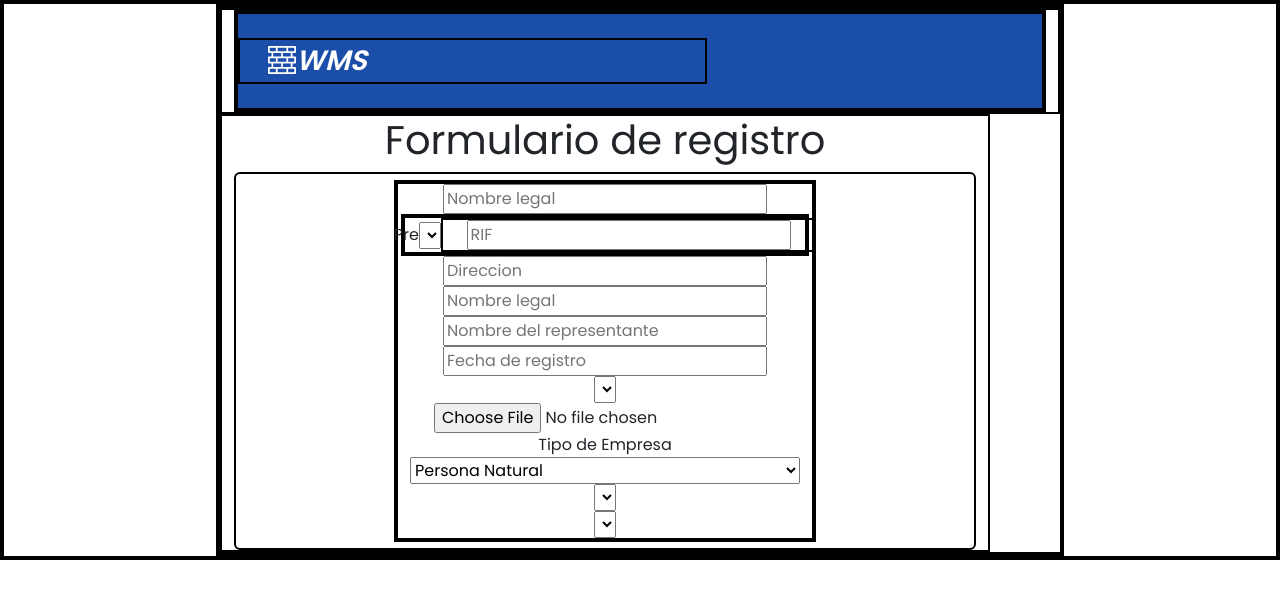
Repository: Rafa-x64/Gestion_inventario_practica
Page: http://localhost/Gestion_inventario/index.php?page=registro-empresa
These files come from the project's save history. The page is drawn as it stood at one moment and after the next save; the edit follows.
The browser window is 1280 px wide. The pictures show the whole page.
The page is run by PHP 8.4 with error messages shown; the project is at /var/www/html/.

Above is the page before, as saved 2025-07-23 17:01:29.

### index.php
<?php
require_once "config/app.php";
require_once "controller/vistaC.php";

$controlador = new vistaC();
$controlador->cargarVista();

### config/app.php
<?php

const SERVERURL = "http://localhost/Gestion_inventario/";

const NOMBRE_APLICACION = "WMS";

const MONEDA = ["bolivar" => "Bs.", "dolar" => "$", "euro" => "€", "pesos" => "$", "real" => "R$"];

date_default_timezone_set("America/Caracas");

### controller/vistaC.php
<?php
require_once("./model/vistaM.php"); //debe incluir el codigo del modelo

class vistaC extends vistaM //extiende del modelo para usar sus metodos
{

    public function cargarVista() //funcion que carga la vista segun la url que se obtiene como parametro
    {
        if (isset($_GET["page"])) { //page es el parametro especificado en .htaccess
            $vista = self::obtenerVista($_GET["page"]); //se asigna esa url a vista si esta establecido
        } else {
            $vista = "inicio-view.php"; //se muestra el inicio si no esta establecido el parametro en la url
        }

        require("view/plantilla.php"); //se requiere la plantilla para poder mostrar esa vista
    }
}

### model/vistaM.php
<?php

class vistaM
{
    //metodo que obtiene la vista que se le asigna en $pagina
    protected static function obtenerVista($pagina) //recive una variable pagina
    {
        $paginas_existentes = ["404", "inicio-sesion", "inicio", "registro-empresa"]; //lista de paginas del proyecto
        if (!in_array($pagina, $paginas_existentes)) { //si no esta en el array entonces...
            return "404-view.php"; //pagina de 404
            exit();
        }

        return $pagina . "-view.php"; //retorna $pagina-view para ser abierta por el controlador si esa pagina existe en la lista
    }
}

### view/plantilla.php
    <?php

    //aqui se ejecuta la vista y se muestran los includes si la pagina cumple cierta condicion

    if ($vista != "inicio-view.php" && $vista != "404-view.php" && $vista != "inicio-sesion-view.php" && $vista != "registro-empresa-view.php") {
        include("view/includes/links.php");
        require("view/includes/header.html");
        include("php/" . $vista);
        require("view/includes/footer.html");
        include("view/includes/scripts.php");
    }

    include("view/includes/links.php");
    require("php/" . $vista);
    include("view/includes/scripts.php");

    ?>

### view/includes/links.php
<!DOCTYPE html>
<html lang="en">

<head>
    <meta charset="UTF-8">
    <meta name="viewport" content="width=device-width, initial-scale=1.0">
    <title><?php echo NOMBRE_APLICACION; ?></title>
    <link href="https://cdn.jsdelivr.net/npm/bootstrap@5.3.7/dist/css/bootstrap.min.css" rel="stylesheet"
        integrity="sha384-LN+7fdVzj6u52u30Kp6M/trliBMCMKTyK833zpbD+pXdCLuTusPj697FH4R/5mcr" crossorigin="anonymous">
    <link rel="stylesheet" href="https://cdn.jsdelivr.net/npm/bootstrap-icons@1.10.5/font/bootstrap-icons.css">
    <link rel="stylesheet" href="<?php echo SERVERURL ?>view/css/bordes.css">
    <link rel="stylesheet" href="<?php echo SERVERURL ?>view/css/inicio-view.css">
    <link rel="shortcut icon" href="<?php echo SERVERURL ?>view/images/bootstrap-fill.ico" type="image/x-icon">
    <link rel="stylesheet" href="<?php echo SERVERURL ?>view/css/registro-empresa-view.css">
</head>

<body>

### view/php/registro-empresa-view.php
<style>
    [class*="col"],
    [class*="row"],
    [class*="section"] {
        border: 2px solid black;
    }

    [class*="container"] {
        border: 2px solid black;
    }
</style>
<div class="container-fluid">
    <div class="row d-flex flex-column align-items-center justify-content-center">
        <div class="col-8 align-items-center justify-content-center">
            <div class="row">
                <div class="col">
                    <header id="barra-navegacion">
                        <div class="container-fluid pt">
                            <div class="row flex-row py-4">
                                <div class="col-7 d-flex flex-row justify-content-start">
                                    <i class="bi bi-bricks fs-3 ps-3 text-white">WMS</i>
                                </div>
                            </div>
                        </div>
                    </header>
                </div>
                <div class="col-11 d-flex flex-column align-items-center justify-content-center">
                    <h1>Formulario de registro</h1>
                    <form action="" method="post" class="form-control d-flex flex-column align-items-center justify-content-center">
                        <div class="row d-flex flex-row align-items-center justify-content-center">
                            <div class="col-12 d-flex flex-column align-items-center justify-content-center">
                                <input type="text" name="" id="nombre_legal" placeholder="Nombre legal">
                                <div class="row">
                                    <div class="col-12 d-flex flex-row align-items-center justify-content-center">
                                        <label for="prefijo">Pre</label>
                                        <select name="prefijo" id="prefijo">
                                            <option value="J"></option>
                                            <option value="G"></option>
                                            <option value="P"></option>
                                            <option value="C"></option>
                                        </select>
                                        <div class="col-12 d-flex flex-row align-items-center justify-content-center">
                                            <input type="text" name="" id="rif" placeholder="RIF">
                                        </div>
                                    </div>
                                </div>
                                <input type="text" name="" id="direccion" placeholder="Direccion">
                                <input type="text" name="" id="nombre_legal" placeholder="Nombre legal">
                                <input:mail id="correo" placeholder="Correo electronico"></input:mail>
                                <input type="text" name="" id="nombre_representante" placeholder="Nombre del representante"><input type="text" name="" id="fecha_registro" placeholder="Fecha de registro">
                                <select name="" id="">
                                    <option value=""></option>
                                    <option value=""></option>
                                </select><input type="file" name="" id="logo"><label for="">Tipo de Empresa</label>
                                <select name="tipo_empresa" id="">
                                    <option value="persona_natural">Persona Natural</option>
                                    <option value="sociedad_anonima">Sociedad Anónima (S.A.)</option>
                                    <option value="sociedad_de_responsabilidad_limitada">Sociedad de Responsabilidad Limitada (S.R.L.)</option>
                                    <option value="sociedad_comanditaria">Sociedad Comanditaria</option>
                                    <option value="sociedad_civil">Sociedad Civil</option>
                                    <option value="cooperativa">Cooperativa</option>
                                    <option value="fundacion">Fundación</option>
                                    <option value="comunidad_de_bienes">Comunidad de Bienes</option>
                                    <option value="empresa_del_estado">Empresa del Estado</option>
                                    <option value="comercial">Comercial</option>
                                    <option value="industrial">Industrial</option>
                                    <option value="servicios">Servicios</option>
                                    <option value="agropecuario">Agropecuario</option>
                                    <option value="tecnologico">Tecnológico</option>
                                    <option value="salud">Salud</option>
                                    <option value="educacion">Educación</option>
                                    <option value="transporte">Transporte</option>
                                    <option value="construccion">Construcción</option>
                                    <option value="turismo">Turismo</option>
                                    <option value="financiero">Financiero</option>
                                    <option value="energia">Energía</option>
                                    <option value="local">Local</option>
                                    <option value="regional">Regional</option>
                                    <option value="nacional">Nacional</option>
                                    <option value="multinacional">Multinacional</option>
                                    <option value="transnacional">Transnacional</option>
                                    <option value="microempresa">Microempresa</option>
                                    <option value="pequena">Pequeña</option>
                                    <option value="mediana">Mediana</option>
                                    <option value="grande">Grande</option>
                                    <option value="privada">Privada</option>
                                    <option value="publica">Pública</option>
                                    <option value="mixta">Mixta</option>
                                    <option value="primario">Primario</option>
                                    <option value="secundario">Secundario</option>
                                    <option value="terciario">Terciario</option>
                                    <option value="cuaternario">Cuaternario</option>
                                    <option value="quinario">Quinario</option>
                                </select>
                                <select name="" id="">Moneda
                                    <option value=""></option>
                                    <option value=""></option>
                                    <option value=""></option>
                                </select><select name="" id="">Zona horaria
                                    <option value=""></option>
                                </select>
                            </div>
                        </div>
                    </form>
                </div>
            </div>
        </div>
    </div>
</div>

<?php
include("./controller/registroEmpresaC.php");
$registro = registroEmpresaC::getFormulario($_POST);
?>

### controller/registroEmpresaC.php
<?php

include_once("./model/mainModel.php");
include_once("./model/empresaM.php");

class registroEmpresaC extends mainModel
{

    public static function getFormulario($formulario) {}

    public static function validar_rif()
    {
        /*Se usa el algoritmo Módulo 11, que toma los primeros 9 caracteres y les aplica una
        fórmula ponderada. El resultado final es el dígito verificador que valida el número
        completo.*/
    }
}

### model/mainModel.php
<?php

include_once("./config/server.php");

class mainModel
{

    protected static function conectar_base_datos()
    {
        try {
            $con = new PDO(SGBD, USUARIO, CONSTRASEÑA);
            $con->exec("SET CARACTER SET utf8");
            return $con;
        } catch (PDOException $e) {
            echo $e->getMessage();
        }
    }

    protected static function consulta_simple($sentenciaSQL)
    {
        $operacion = self::conectar_base_datos()->prepare($sentenciaSQL);
        $operacion->execute();
        return $operacion;
    }
}

### config/server.php
<?php

const SGBD = "mysql:host=localhost;dbname=WMS";

const USUARIO = "root";

const CONSTRASEÑA = "";

const METHOD = "AES-256-CBC";

### model/empresaM.php
<?php

include_once("./model/mainModel.php");

class empresaM extends mainModel
{
    private $id_empresa = ""; //crear una funcion que genere el id de la empresa
    private $nombre_legal = "";
    private $prefijo = "";//letra inicial del rif
    private $rif = ""; //validar que sea un rif valido segun el pais
    private $direccion = "";
    private $contacto = "";
    private $correo = "";
    private $nombre_representante = "";
    private $fecha_registro = ""; //date
    private $estado_condicion = ""; //booleano
    private $logo = ""; //imagen;
    private $tipo_empresa = "";
    private $moneda = ""; //seleccionar las monedas existentes en ./config/server.php
    private $zona_horaria = "";

    public function __construct(
        $nombre_legal,
        $rif,
        $direccion,
        $contacto,
        $correo,
        $nombre_representante,
        $fecha_registro,
        $estado_condicion,
        $logo,
        $tipo_empresa,
        $moneda,
        $zona_horaria
    ) {
        $this->id_empresa = $this->generarIdEmpresa();
        $this->nombre_legal = $nombre_legal;
        $this->rif = $rif;
        $this->direccion = $direccion;
        $this->contacto = $contacto;
        $this->correo = $correo;
        $this->nombre_representante = $nombre_representante;
        $this->fecha_registro = $fecha_registro;
        $this->estado_condicion = $estado_condicion;
        $this->logo = $logo;
        $this->tipo_empresa = $tipo_empresa;
        $this->moneda = $moneda;
        $this->zona_horaria = $zona_horaria;
    }

    private function generarIdEmpresa()
    {
        return uniqid("EMP_");
    }

    public function getIdEmpresa()
    {
        return $this->id_empresa;
    }

    public function getNombreLegal()
    {
        return $this->nombre_legal;
    }

    public function setNombreLegal($nombre_legal)
    {
        $this->nombre_legal = $nombre_legal;
    }

    public function getRif()
    {
        return $this->rif;
    }

    public function setRif($rif)
    {
        $this->rif = $rif;
    }

    public function getDireccion()
    {
        return $this->direccion;
    }

    public function setDireccion($direccion)
    {
        $this->direccion = $direccion;
    }

    public function getContacto()
    {
        return $this->contacto;
    }

    public function setContacto($contacto)
    {
        $this->contacto = $contacto;
    }

    public function getCorreo()
    {
        return $this->correo;
    }

    public function setCorreo($correo)
    {
        $this->correo = $correo;
    }

    public function getNombreRepresentante()
    {
        return $this->nombre_representante;
    }

    public function setNombreRepresentante($nombre_representante)
    {
        $this->nombre_representante = $nombre_representante;
    }

    public function getFechaRegistro()
    {
        return $this->fecha_registro;
    }

    public function setFechaRegistro($fecha_registro)
    {
        $this->fecha_registro = $fecha_registro;
    }

    public function getEstadoCondicion()
    {
        return $this->estado_condicion;
    }

    public function setEstadoCondicion($estado_condicion)
    {
        $this->estado_condicion = $estado_condicion;
    }

    public function getLogo()
    {
        return $this->logo;
    }

    public function setLogo($logo)
    {
        $this->logo = $logo;
    }

    public function getTipoEmpresa()
    {
        return $this->tipo_empresa;
    }

    public function setTipoEmpresa($tipo_empresa)
    {
        $this->tipo_empresa = $tipo_empresa;
    }

    public function getMoneda()
    {
        return $this->moneda;
    }

    public function setMoneda($moneda)
    {
        $this->moneda = $moneda;
    }

    public function getZonaHoraria()
    {
        return $this->zona_horaria;
    }

    public function setZonaHoraria($zona_horaria)
    {
        $this->zona_horaria = $zona_horaria;
    }

    public function __toString()
    {
        return "Empresa: {$this->nombre_legal}, RIF: {$this->rif}, Dirección: {$this->direccion}, Contacto: {$this->contacto}, Correo: {$this->correo}, Representante: {$this->nombre_representante}, Fecha de registro: {$this->fecha_registro}, Estado: {$this->estado_condicion}, Tipo: {$this->tipo_empresa}, Moneda: {$this->moneda}, Zona horaria: {$this->zona_horaria}";
    }
}

### view/includes/scripts.php
</body>

<script src="https://cdn.jsdelivr.net/npm/bootstrap@5.3.7/dist/js/bootstrap.bundle.min.js"
    integrity="sha384-ndDqU0Gzau9qJ1lfW4pNLlhNTkCfHzAVBReH9diLvGRem5+R9g2FzA8ZGN954O5Q"
    crossorigin="anonymous">
</script>

</html>

### view/css/bordes.css
@import url('https://fonts.googleapis.com/css2?family=Poppins:wght@300;400;600&display=swap');

body {
    margin: 0;
    padding: 0;
    font-size: 1rem;
    font-weight: 600;
    font-family: 'Poppins', sans-serif;
}

/*----------comentar para ocultar los bordes visibles--------------*/
[class*="col"],
[class*="row"],
[class*="section"] {
    border: 2px solid black;
}

[class*="container"] {
    border: 2px solid black;
}

### view/css/inicio-view.css
#main {
    background-color: #e5eeff;
}

#barra-navegacion {
    background-color: #1a4ea9;
}

#eslogan {
    color: white;
}

#registro-sesion a {
    text-decoration: none;
    color: white;
    border-radius: 1rem;
}

#registro,
#inicio-sesion {
    border-radius: 1rem;
}



#conocenos h1 {
    color: #1a4ea9;
    font-size: 3.5rem;
    font-weight: bold;
}

#comparativa {
    position: relative;
    background-color: white;
    border-radius: 1rem;
    box-shadow: 0 4px 12px #c5d3e0;
}

.icono-superior {
    position: absolute;
    top: -25px;
    /* sobresale por arriba */
    right: -20px;
    /* sobresale por la izquierda */
    z-index: 9999;
}

#comparativa h1 {
    font-size: 2.5rem;
    font-weight: bold;
}

#comparativa i {
    color: #00923F !important;
}

#comparativa b {
    color: #1a4ea9;
}

Loaded but not shown: view/css/registro-empresa-view.css (no copy from this time; the picture is the same without it)

After the next save:
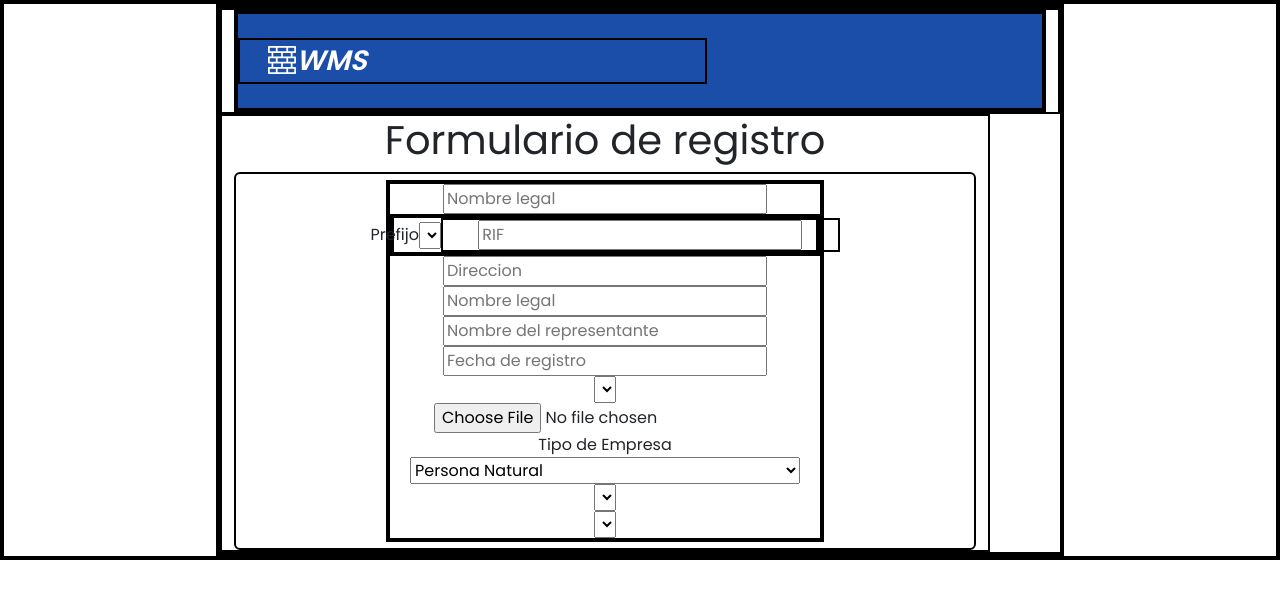
Saved 4 s later.
--- a/view/php/registro-empresa-view.php
+++ b/view/php/registro-empresa-view.php
@@ -32,7 +32,7 @@
                                 <input type="text" name="" id="nombre_legal" placeholder="Nombre legal">
                                 <div class="row">
                                     <div class="col-12 d-flex flex-row align-items-center justify-content-center">
-                                        <label for="prefijo">Pre</label>
+                                        <label for="prefijo">Prefijo</label>
                                         <select name="prefijo" id="prefijo">
                                             <option value="J"></option>
                                             <option value="G"></option>
